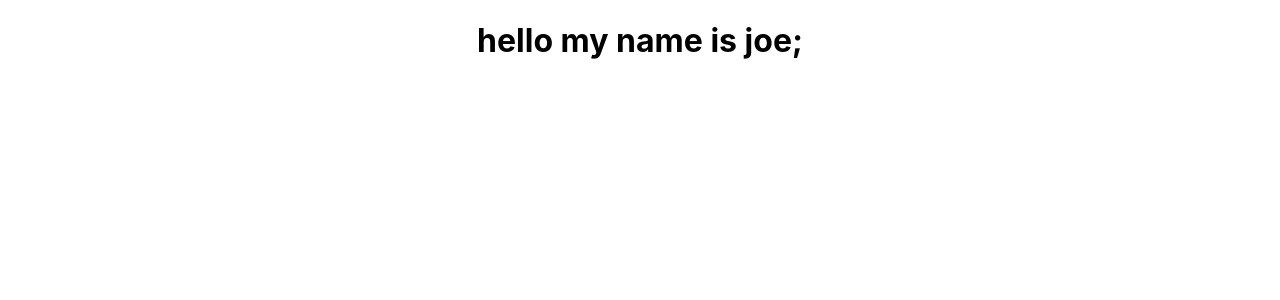
Repository: joelblessed/JOEL2
Page: /
The author's editor kept a copy of each file at every save. The page is drawn from the files as they stood at one save, then again after a run of saves.
The browser window is 1280 px wide. The pictures show the whole page.
The project was rebuilt for these pictures with package versions that can differ from the ones it lists, and the page was loaded fresh each time.

Above is the page before, as saved 2025-01-28 23:56:33.

### src/App.js
import logo from './logo.svg';
import './App.css';
import Home from './component/home';

function App() {
  return (
    <div className="App">
      <Home/>
    </div>
  );
}

export default App;

### src/component/home.jsx
import React from 'react'

const Home = () => {
  return (
    <div>
      <h1>hello my name is joe;</h1>
    </div>
  )
}

export default Home

Loaded but not shown: public/index.html (common file); src/index.js (common file); src/index.css (common file); src/reportWebVitals.js (common file); src/App.css (common file)

After the next 2 saves:
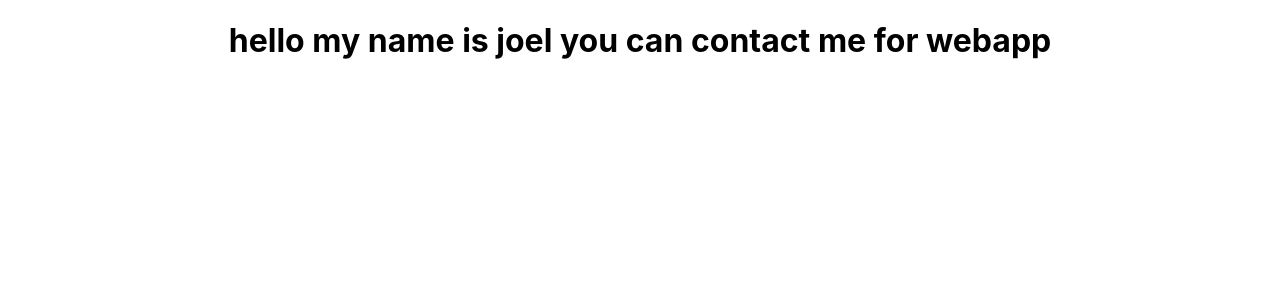
The 2 saves are shown as one change because they came seconds apart.
The last was saved 15 s later.
--- a/src/component/home.jsx
+++ b/src/component/home.jsx
@@ -3,7 +3,7 @@ import React from 'react'
 const Home = () => {
   return (
     <div>
-      <h1>hello my name is joe;</h1>
+      <h1>hello my name is joel you can contact me for webapp</h1>
     </div>
   )
 }
